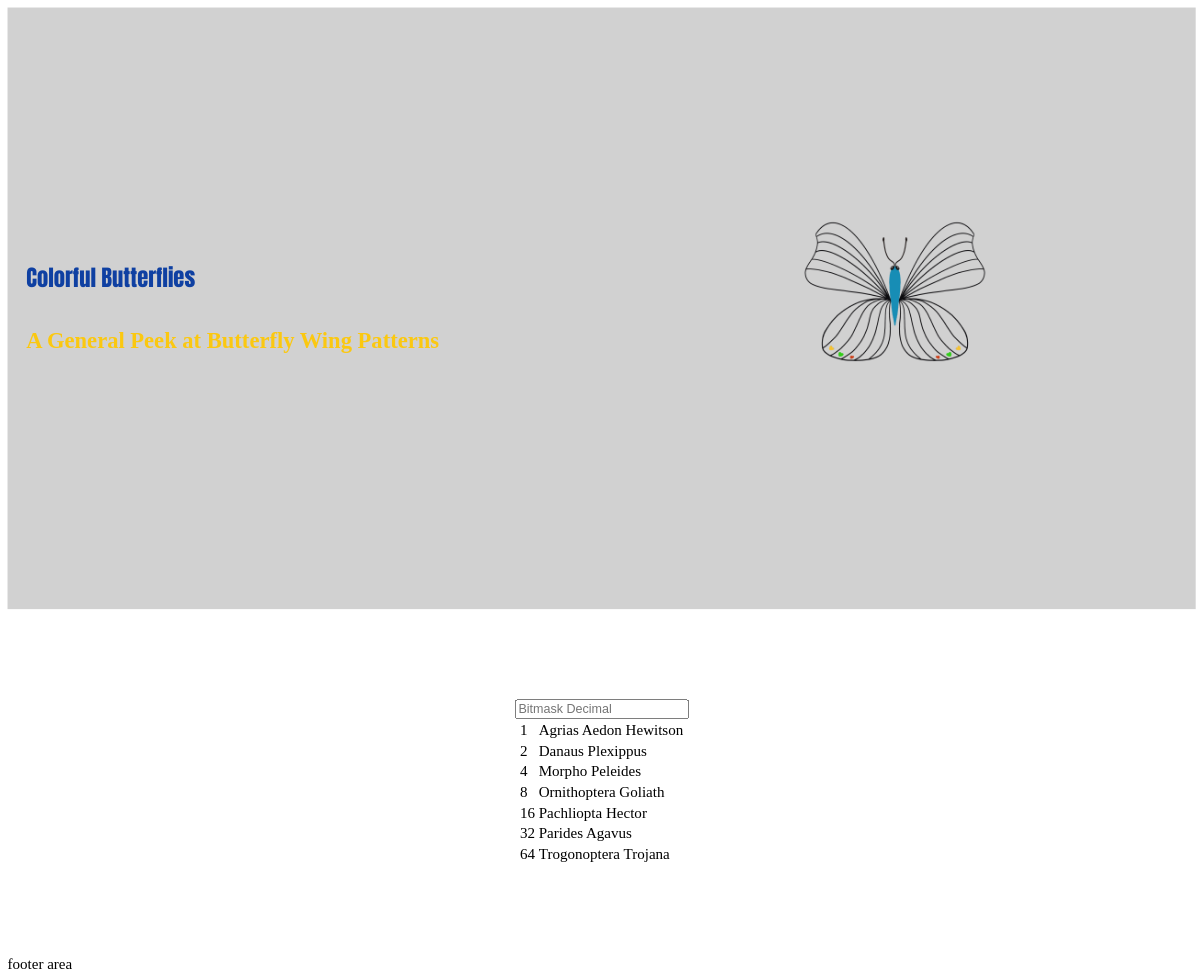
Repository: MeowCeline00/assessment-2
Page: /
These files come from the project's save history. The page is drawn as it stood at one moment and after the next save; the edit follows.
The browser window is 1280 px wide. The pictures show the whole page, at 94% of full size.
The project was rebuilt for these pictures with package versions that can differ from the ones it lists, and the page was loaded fresh each time. The framework's server and built-in components were replaced by stand-ins that run in the browser. Also part of the build but not shown: next.config.mjs.

Above is the page before, as saved 2024-02-07 21:57:45.

### pages/index.js
import Head from "next/head";
import { useState } from "react";
import styles from "@/styles/Home.module.css";
import Header from "@/Components/Header";


export default function Home() {

  // Butterfly Patterns
  const classFilters = {
    //key : value
    1: 'Agrias Aedon Hewitson',
    2: 'Danaus Plexippus',
    4: 'Morpho Peleides',
    8: 'Ornithoptera Goliath',
    16: 'Pachliopta Hector',
    32: 'Parides Agavus',
    64: 'Trogonoptera Trojana'
  }

  const [input, setInput] = useState();
                                    // 3
                                    // 2 & 2 Remainder 1
                                    // 1 & 1 Remainder 0
                                    // 9
                                    // 8 & 8 Remainder 1
                                    // 1 & 1 Remainder 0
  const getClassStyle = flagValue => (input & flagValue) > 0 ? {backgroundColor: 'yellow'} : null;

  return (
    <>
      <Head>
        <title>General View of Butterfly Wing Patterns</title>
        <meta name="description" content="General View of Butterfly Wing Patterns" />
        <meta name="viewport" content="width=device-width, initial-scale=1" />
        <link rel="icon" href="/butt_favicon.ico" />
      </Head>
      <Header />
      <main className={`${styles.main}`}>
       <input
       id="input"
       type="text"
       placeholder='Bitmask Decimal'
       value={input}
       onChange={event => setInput(event.target.value)}
       />
       <table>
        <tbody>
          {
            Object.keys(classFilters).map(item => (
              <tr key={item} style={getClassStyle(item)}>
                <td>{item}</td>
                <td>{classFilters[item]}</td>
              </tr>
            ))
          }
        </tbody>
       </table>
      </main>
      <footer>footer area</footer>
    </>
  );
}

### styles/Home.module.css
.main {
  display: flex;
  flex-direction: column;
  justify-content: space-between;
  align-items: center;
  padding: 6rem;
  min-height: 20vh;
}

### Components/Header/index.js
import Image from 'next/image';
import styles from './Header.module.css';

export default function Header() {
    return (
        <header className={styles.header}>
            <div className={styles.titleArea}>
                <h1> Colorful Butterflies</h1>
                <h2> A General Peek at Butterfly Wing Patterns</h2>
            </div>
            <div className={styles.logoArea}>
                <img src={"/logo.png"} alt="Butterfly Logo" width={300} />
            </div>
        </header>
    );
}

### Components/Header/Header.module.css
.header {
    display: flex;
    justify-content: space-between;
    align-items: center;
    padding: 20px;
    background-color: #d1d1d1;
}

.titleArea {
    display: flex;
    flex-direction: column;
}

.titleArea h1 {
    color: rgb(15, 64, 162);
    font-size: x-large;
    font-family: Impact, Haettenschweiler, 'Arial Narrow Bold', sans-serif;
}

.titleArea h2 {
    color: rgb(251, 200, 16);
}

.logoArea {
  display: flex;
  padding: 150px;
}

Loaded but not shown: pages/_app.js (common file); pages/_document.js (common file); styles/globals.css (common file)

After the next save:
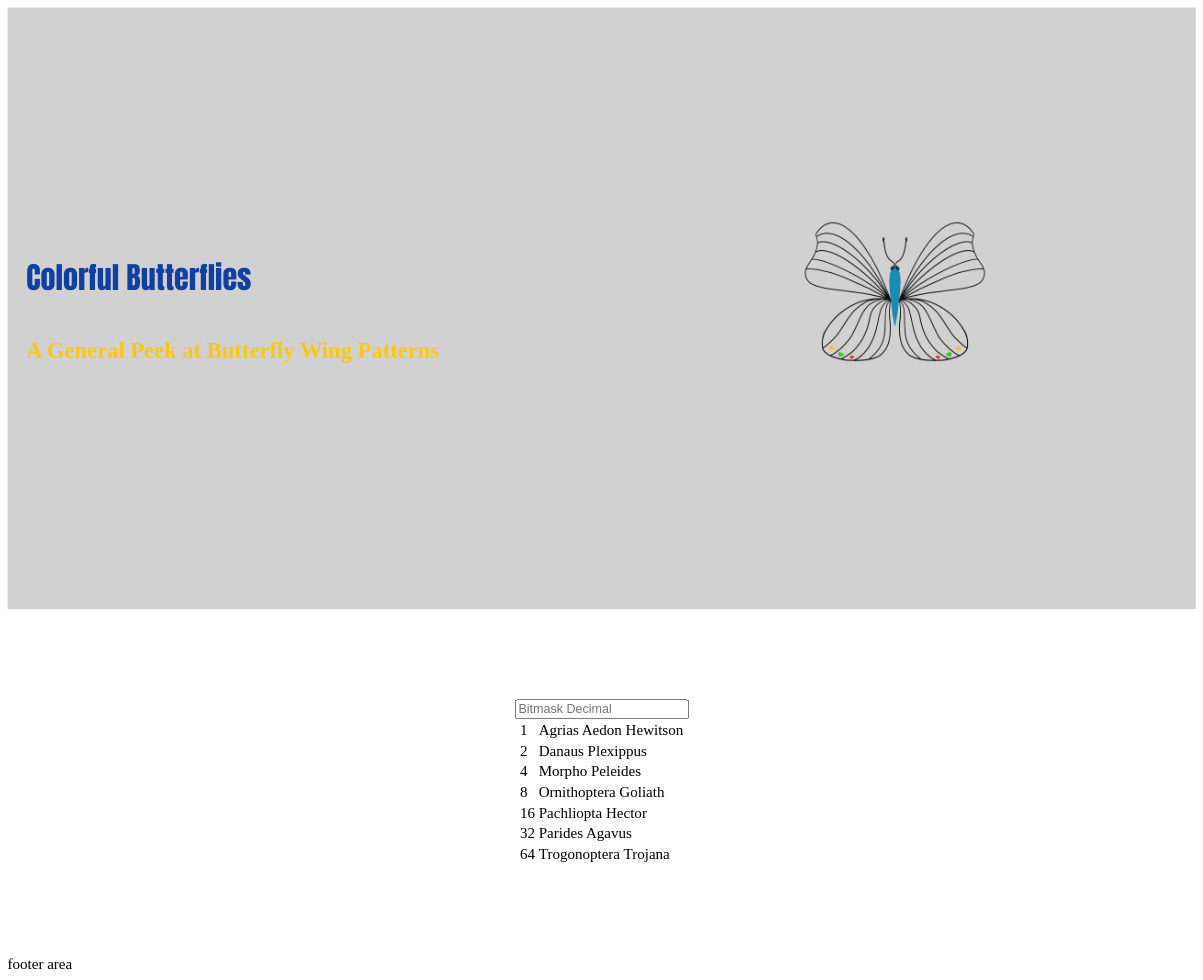
Saved 10 s later.
--- a/Components/Header/Header.module.css
+++ b/Components/Header/Header.module.css
@@ -13,7 +13,7 @@
 
 .titleArea h1 {
     color: rgb(15, 64, 162);
-    font-size: x-large;
+    font-size: ;
     font-family: Impact, Haettenschweiler, 'Arial Narrow Bold', sans-serif;
 }
 
